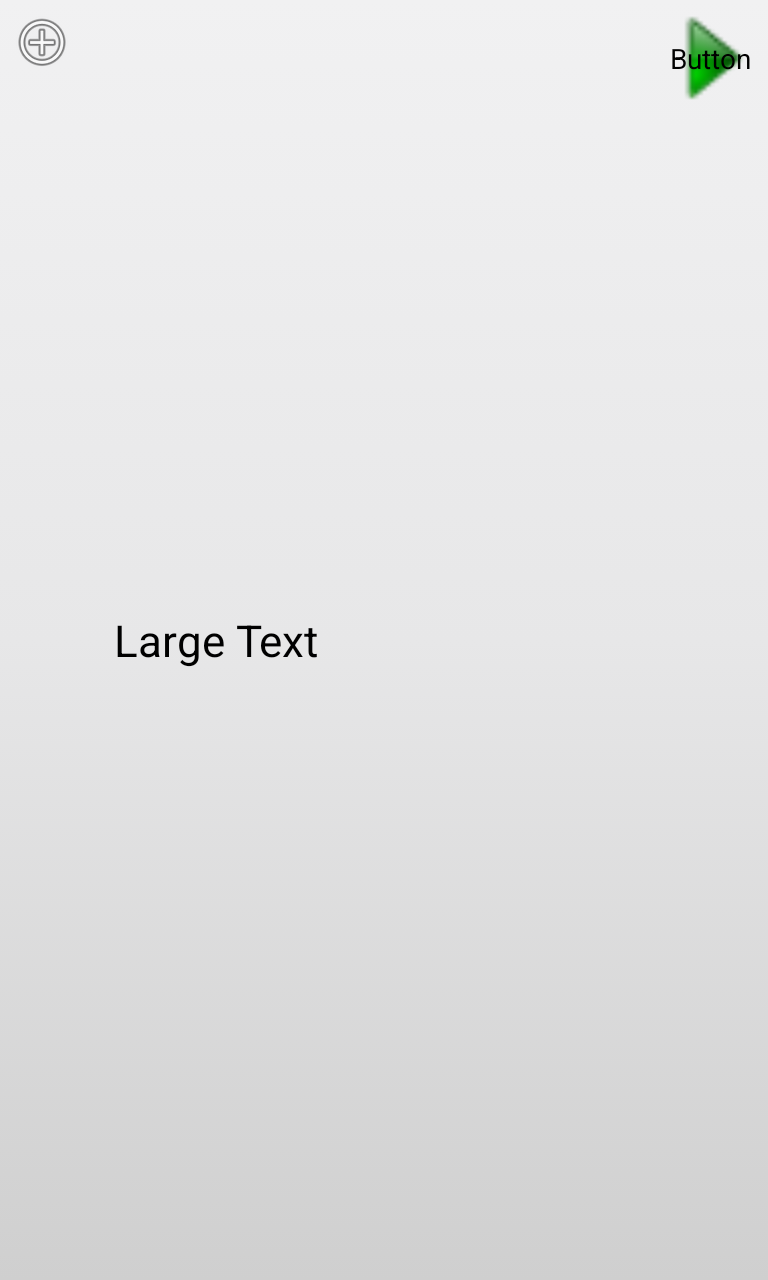
Repository: satyadarls/ToDo
Layout: ToDo/res/layout/activity_main.xml
These files come from the project's save history. The layout is drawn as it stood at one moment and after the next save; the edit follows.
It is drawn on a 768 x 1280 px phone screen (xhdpi) without system bars, with theme AppTheme; the app's code is not run.

Above is the layout before, as saved 2014-07-06 09:06:49.

### ToDo/res/layout/activity_main.xml
<?xml version="1.0" encoding="utf-8"?>
<RelativeLayout xmlns:android="http://schemas.android.com/apk/res/android"
    android:layout_width="fill_parent"
    android:layout_height="wrap_content"
    android:background="@drawable/list_selector"
    android:orientation="horizontal"
    android:padding="5dip" >

	<ImageView
        android:id="@+id/imageView1"
        android:layout_width="wrap_content"
        android:layout_height="wrap_content"
         android:layout_alignParentLeft="true"
        android:src="@android:drawable/ic_menu_add" />

    <TextView
        android:id="@+id/taskText"
        android:layout_width="wrap_content"
        android:layout_height="wrap_content"
        android:layout_centerVertical="true"
        android:layout_marginLeft="20dp"
        android:layout_toRightOf="@+id/imageView1"
        android:text="Large Text"
        android:textAppearance="?android:attr/textAppearanceLarge" />

    <Button
        android:id="@+id/button1"
        style="?android:attr/buttonStyleSmall"
        android:layout_width="wrap_content"
        android:layout_height="wrap_content"
        android:layout_alignParentRight="true"
        android:layout_alignTop="@+id/imageView1"
        android:background="@drawable/rightarrow"
        android:text="Button" />

  </RelativeLayout>

Loaded but not shown: ToDo/res/values/styles.xml (common file); ToDo/res/values-v11/styles.xml (common file); ToDo/res/values-v14/styles.xml (common file); ToDo/res/drawable-ldpi/list_selector.xml (common file); ToDo/res/drawable-ldpi/gradient_bg.xml (common file); ToDo/res/drawable-ldpi/gradient_bg_hover.xml (common file)

After the next save:
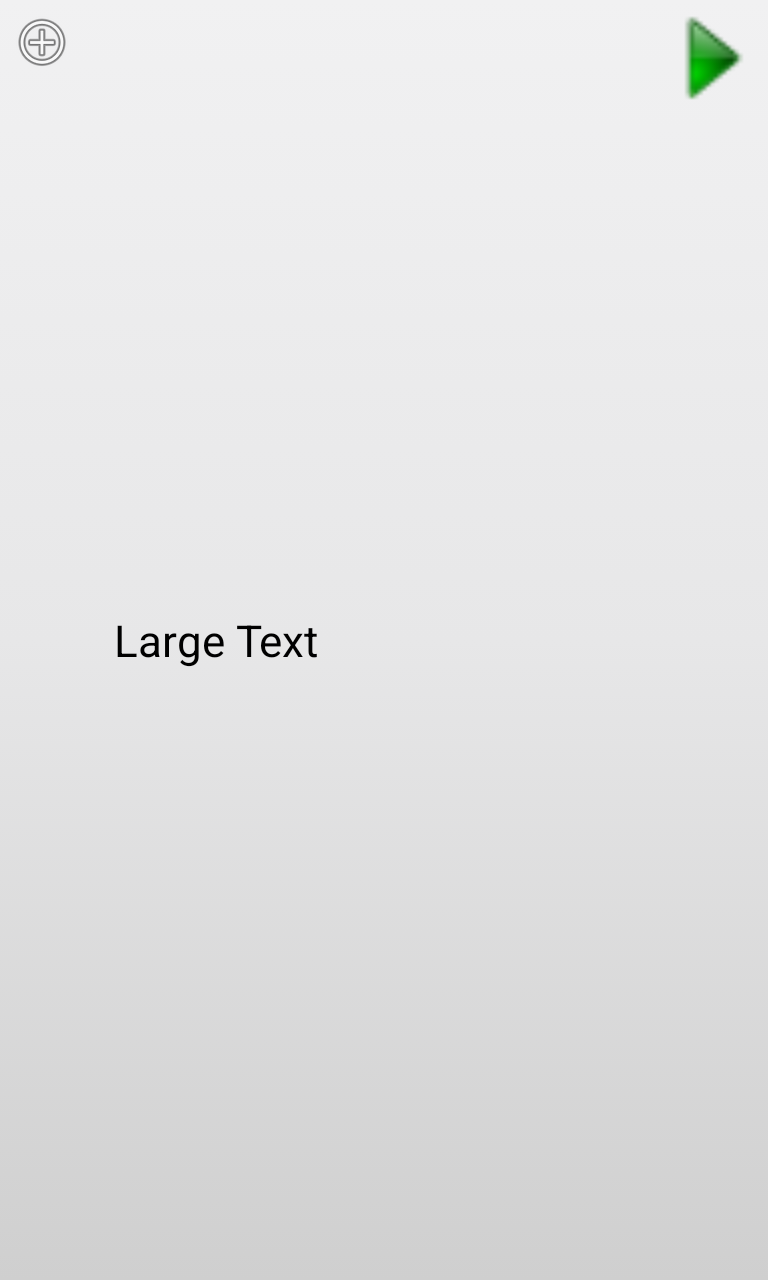
Saved 24 s later.
--- a/ToDo/res/layout/activity_main.xml
+++ b/ToDo/res/layout/activity_main.xml
@@ -30,7 +30,6 @@
         android:layout_height="wrap_content"
         android:layout_alignParentRight="true"
         android:layout_alignTop="@+id/imageView1"
-        android:background="@drawable/rightarrow"
-        android:text="Button" />
+        android:background="@drawable/rightarrow"/>
 
   </RelativeLayout>
